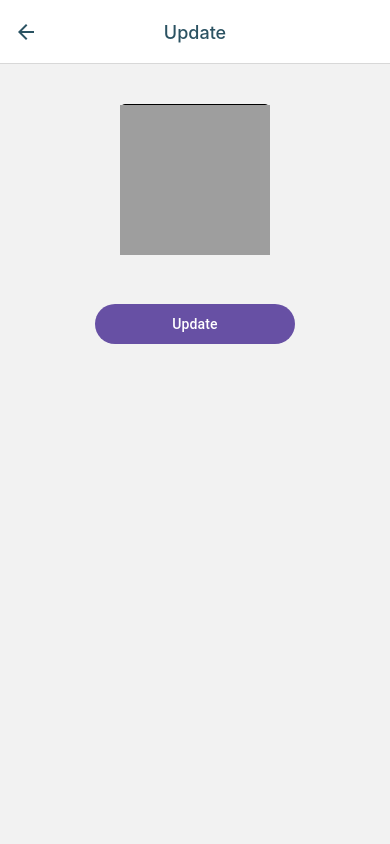
Repository: SaudCh/Expo-Pethub
Screen: /UpdateProfile
The author's editor kept a copy of each file at every save. The screen is drawn from the files as they stood at one save, then again after the next save.
Pictures or frames that could not be fetched are drawn as grey boxes. The app was drawn by React Native's web renderer in a window 390 px wide. The project was rebuilt for these pictures with package versions that can differ from the ones it lists, and the page was loaded fresh each time. Also part of the build but not shown: Screens/Signup.js, Screens/Home.js, Screens/Profile.js, Components/Avatar.js.

Above is the screen before, as saved 2022-11-15 00:31:35.

### App.js
import { StatusBar } from 'expo-status-bar';
import 'react-native-gesture-handler';
import { StyleSheet, Text, View } from 'react-native';
import { Provider as PaperProvider } from 'react-native-paper';
import AppNavigator from './Components/Navigator';

export default function App() {
  return (
    <PaperProvider>
      <AppNavigator />
    </PaperProvider>
  );
}

const styles = StyleSheet.create({
  container: {
    flex: 1,
    backgroundColor: '#fff',
    alignItems: 'center',
    justifyContent: 'center',
  },
});

### Components/Navigator.js
// In App.js in a new project

import * as React from 'react';
import { View, Text } from 'react-native';
import { NavigationContainer } from '@react-navigation/native';
import { createNativeStackNavigator } from '@react-navigation/native-stack';
import Login from '../Screens/Login';
import Signup from '../Screens/Signup';
import Home from '../Screens/Home';
import Profile from '../Screens/Profile';
import UpdateProfile from '../Screens/UpdateProfile';
import Avatar from './Avatar';

function HomeScreen() {
    return (
        <View style={{ flex: 1, alignItems: 'center', justifyContent: 'center' }}>
            <Text>Home Screen</Text>
        </View>
    );
}

const Stack = createNativeStackNavigator();

function AppNavigator() {
    return (
        <NavigationContainer>
            <Stack.Navigator>
                <Stack.Screen name="Login" component={Login} options={{
                    title: 'Login',
                    headerTintColor: "#2B5262",
                    headerTitleAlign: 'center'
                }} />

                <Stack.Screen name="Signup" component={Signup} options={{
                    title: 'Signup',
                    headerTintColor: "#2B5262",
                    headerTitleAlign: 'center'
                }} />

                <Stack.Screen name="Home" component={Home}
                    options={{
                        title: 'Home',
                        headerTintColor: "#2B5262",
                        headerTitleAlign: 'center',
                        headerRight: () => (
                            <Avatar />
                        )
                    }}
                />

                <Stack.Screen name="Profile" component={Profile} options={{
                    title: 'Profile',
                    headerTintColor: "#2B5262",
                    headerTitleAlign: 'center'
                }} />
                <Stack.Screen name="UpdateProfile" component={UpdateProfile} options={{
                    title: 'Update',
                    headerTintColor: "#2B5262",
                    headerTitleAlign: 'center',
                }} />

            </Stack.Navigator>
        </NavigationContainer>
    );
}

export default AppNavigator;

### Screens/Login.js
import { useNavigation } from "@react-navigation/native";
import React, { useState, useEffect } from "react";
import { View, Text, StyleSheet, ActivityIndicator, Alert } from 'react-native'
import { TextInput, Button } from "react-native-paper"

export default function Login() {

    const navigation = useNavigation()

    const [data, setData] = useState({
        email: '',
        password: ''
    })

    return (
        <View style={{ ...styles.body }}>
            <View style={{ ...styles.box }}>
                <View>
                    <TextInput
                        mode="outlined"
                        placeholder="Email"
                        style={{ marginBottom: 10 }}
                        value={data.email}
                        onChangeText={text => setData({ ...data, email: text })}
                    />
                </View>
                <View>
                    <TextInput
                        mode="outlined"
                        placeholder="Password"
                        value={data.password}
                        style={{ marginBottom: 10 }}
                        onChangeText={text => setData({ ...data, password: text })}
                        secureTextEntry
                    />
                </View>
                <View>
                    <Button mode="contained" onPress={() => navigation.replace('Home')} style={{ marginTop: 10 }} >
                        Login
                    </Button>

                    <Button onPress={() => navigation.navigate("Signup")} style={{ backgroundColor: 'transparent' }}>
                        <Text style={{ ...styles.bottomText }}>Switch to Signup</Text>
                    </Button>
                </View>
            </View>
        </View >
    );
}
const styles = StyleSheet.create({
    body: {
        flex: 1,
        alignItems: "center",
        justifyContent: 'center',
        backgroundColor: '#A9CCCF'
    },
    box: {
        shadowColor: "#000",
        shadowOffset: {
            width: 0,
            height: 3,
        },
        shadowOpacity: 0.27,
        shadowRadius: 4.65,
        elevation: 6,
        borderRadius: 10,

        backgroundColor: "#fff",
        padding: 20,
        width: 350
    },
    inputText: {
        fontWeight: 'bold'
    },
    bottomText: {
        fontSize: 16
    }
});

### Screens/UpdateProfile.js
import { Image, StyleSheet, Text, View } from 'react-native'
import React from 'react'
import { Button } from 'react-native-paper'
import { useNavigation } from '@react-navigation/native';

export default function Profile() {
    const navigation = useNavigation();
    return (
        <View style={{ flex: 1, margin: 10 }}>
            <View style={{ alignSelf: 'center', marginTop: 30, width: 150, height: 150, borderWidth: 1, borderRadius: 5 }}>
                <Image
                    style={styles.image}
                    source={{
                        uri: 'https://www.pngarts.com/files/6/User-Avatar-in-Suit-PNG.png',
                    }}
                />
            </View>


            <Button onPress={() => navigation.goBack()} mode='contained' style={{ width: 200, alignSelf: 'center', marginTop: 50 }}>
                Update
            </Button>
        </View>
    )
}

const styles = StyleSheet.create({
    image: {
        width: 150,
        height: 150,
        alignSelf: 'center',
        marginBottom: 20,
        resizeMode: "cover"
    }

})

After the next save:
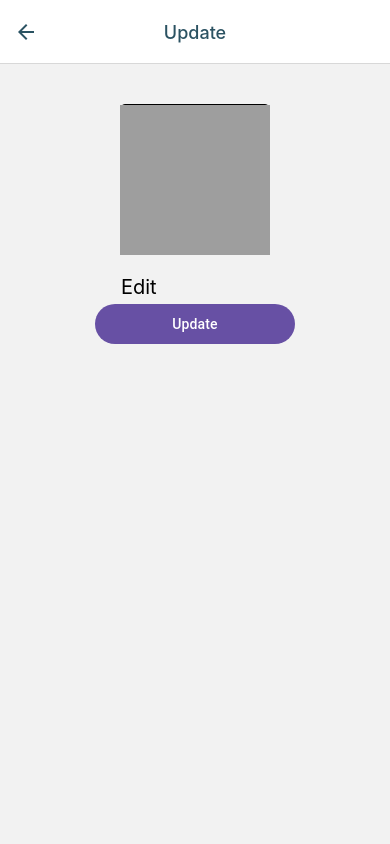
Saved 29 s later.
--- a/Screens/UpdateProfile.js
+++ b/Screens/UpdateProfile.js
@@ -1,4 +1,4 @@
-import { Image, StyleSheet, Text, View } from 'react-native'
+import { Image, StyleSheet, Text, TouchableOpacity, View } from 'react-native'
 import React from 'react'
 import { Button } from 'react-native-paper'
 import { useNavigation } from '@react-navigation/native';
@@ -14,6 +14,9 @@ export default function Profile() {
                         uri: 'https://www.pngarts.com/files/6/User-Avatar-in-Suit-PNG.png',
                     }}
                 />
+                <TouchableOpacity style={styles.editIcon}>
+                    <Text style={{ fontSize: 20 }}>Edit</Text>
+                </TouchableOpacity>
             </View>
 
 
